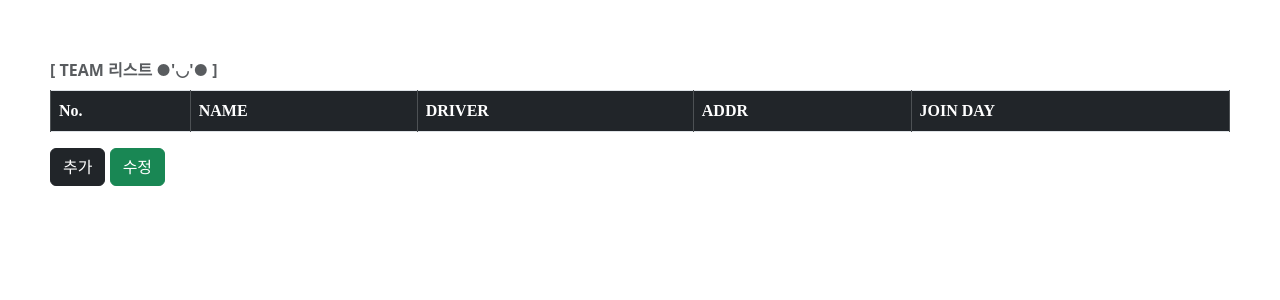
Repository: jini8293/Sist_04
Page: http://localhost/jspProject/team/teamList.jsp
These files come from the project's save history. The page is drawn as it stood at one moment and after the next save; the edit follows.
The browser window is 1280 px wide. The pictures show the whole page.
Some web fonts or font styles are not loaded; a fallback is used. The page is served by Tomcat 9. Queries for data that is not in the repository find no rows.

Above is the page before, as saved 2024-03-06 02:34:57.

After the next save:
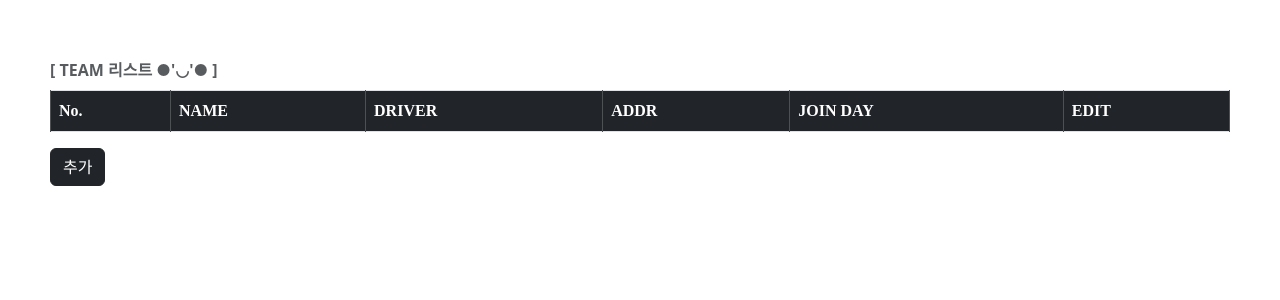
Saved 10 min 40 s later.
--- a/jspwork/jspProject/src/main/webapp/team/teamList.jsp
+++ b/jspwork/jspProject/src/main/webapp/team/teamList.jsp
@@ -39,6 +39,7 @@
 				<th style="font-family: IBM Plex Sans KR" class="table-dark">ADDR</th>
 				<th style="font-family: IBM Plex Sans KR" class="table-dark">JOIN
 					DAY</th>
+					<th style="font-family: IBM Plex Sans KR" class="table-dark">EDIT</th>
 
 			</tr>
 			<%
@@ -52,6 +53,7 @@
 				<td align="center"><%=dto.getDriver()%></td>
 				<td align="center"><%=dto.getAddr()%></td>
 				<td align="center"><%=sdf.format(dto.getWriteday())%></td>
+				<td><button type="button" class="btn btn-success btn-sm" onclick="location.href='deleteForm.jsp?num=<%=dto.getNum()%>'"></button> </td>
 			</tr>
 			<%
 			}
@@ -60,8 +62,7 @@
 		</table>
 		<button type="button" class="btn btn-dark"
 			onclick="location.href='addForm.jsp'">추가</button>
-		<button type="button" class="btn btn-success"
-			onclick="location.href='updateForm.jsp'">수정</button>
+
 	</div>
 </body>
 </html>
